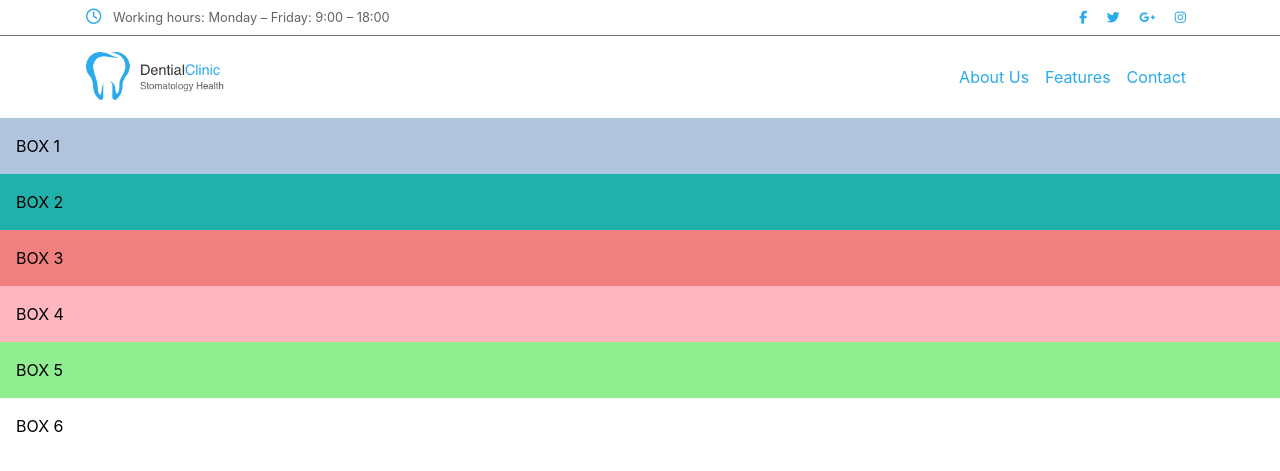
Repository: skepp4rn/uppgift1
Page: index.html
These files come from the project's save history. The page is drawn as it stood at one moment and after the next save; the edit follows.
The browser window is 1280 px wide. The pictures show the whole page.
Some web libraries are served in a nearby version.

Above is the page before, as saved 2020-11-18 19:44:35.

After the next save:
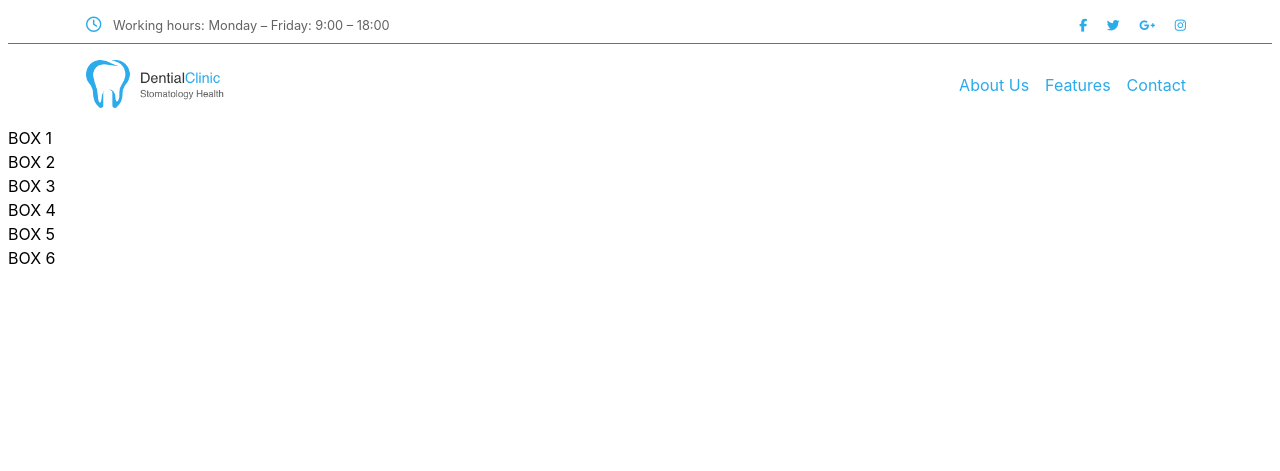
Saved 32 s later.
--- a/style.css
+++ b/style.css
@@ -148,22 +148,3 @@ a:hover {
         max-width: 1140px;
     }
 }
-
-* {
-    box-sizing: border-box;
-    margin: 0;
-    padding: 0;
-}
-
-#box-1 { background: lightsteelblue; }
-#box-2 { background: lightseagreen; }
-#box-3 { background: lightcoral; }
-#box-4 { background: lightpink; }
-#box-5 { background: lightgreen; }
-
-.box {
-    padding: 1rem;
-}
-
-.grid {
-    display: grid;
